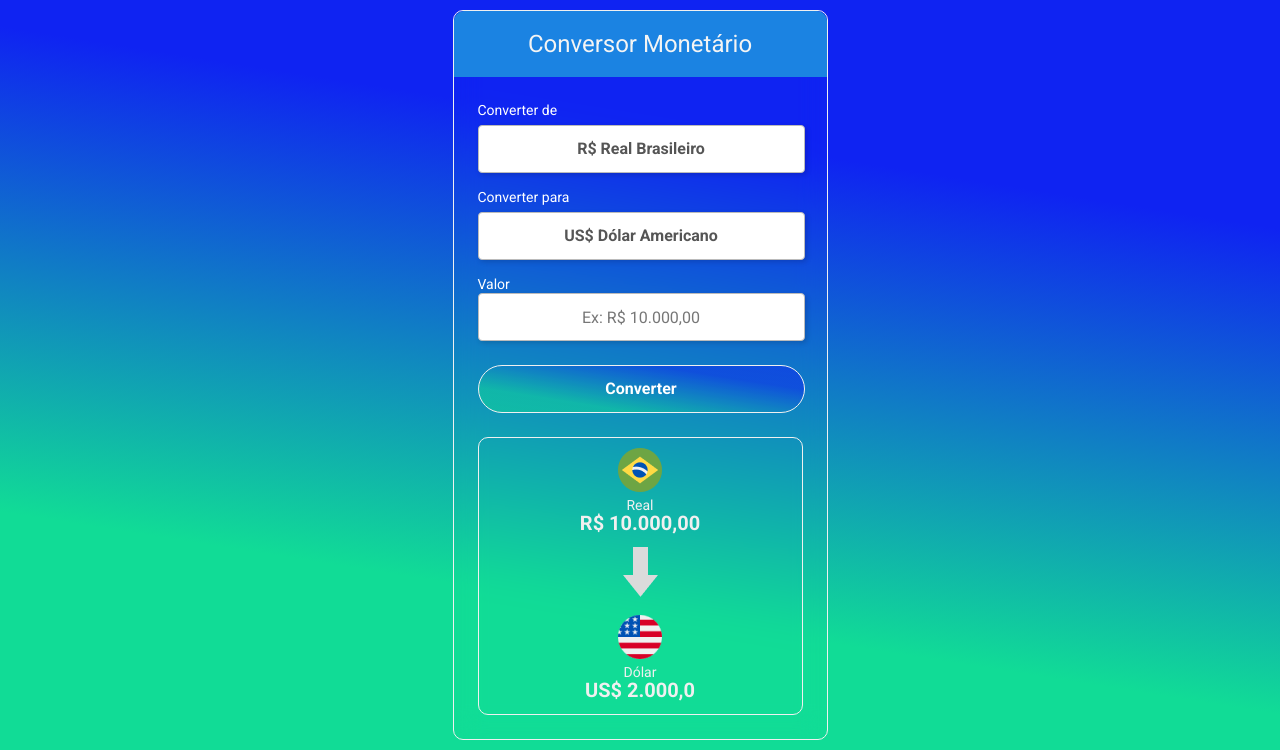
Repository: isayrous/coin-converter
Page: index.html
The author's editor kept a copy of each file at every save. The page is drawn from the files as they stood at one save, then again after the next save.
The browser window is 1280 px wide. The pictures show the whole page.

Above is the page before, as saved 2022-11-03 00:06:37.

### index.html
<!DOCTYPE html>
<html lang="pt-br">
<head>
    <meta charset="UTF-8">
    <meta http-equiv="X-UA-Compatible" content="IE=edge">
    <meta name="viewport" content="width=device-width, initial-scale=1.0">
    <link rel='stylesheet' href="./style.css">
    <link rel="preconnect" href="https://fonts.googleapis.com">
    <link rel="preconnect" href="https://fonts.gstatic.com" crossorigin>
    <link href="https://fonts.googleapis.com/css2?family=Roboto:wght@400;700&display=swap" rel="stylesheet">
    <title>Conversor Monetário</title>
</head>
<body>
    <div class="container">

        <header>
            <h1>Conversor Monetário</h1>
        </header>

        <main>
            <label>
                Converter <strong>de</strong>
                <select id="first-select">
                    <option>R$ Real Brasileiro</option>
                    <option>US$ Dólar Americano</option>
                    <option>Bitcoin</option>
                    <option>€ Euro</option>
                </select>
            </label>

            <label>
                Converter <strong>para</strong>
                <select id="seccond-select">
                    <option>US$ Dólar Americano</option>
                    <option>Bitcoin</option>
                    <option>€ Euro</option>
                    <option>R$ Real Brasileiro</option>
                </select>
            </label>

            <label>
                <b>Valor</b>
                <input id='values' type="number" placeholder="Ex: R$ 10.000,00">
            </label>

            <button id="button-converter" >Converter</button>

            <section>
                <div>
                    <img id="currency-img1" src="./assets/BRL.png">
                    <p id="first-currency">Real</p>
                    <p id="return-input1" class="value">R$ 10.000,00</p>
                </div>

                <img src="./assets/Vector.png"><br>

                <div>
                    <img id="currency-img2" src="./assets/USA.png">
                    <p id ="seccond-currency">Dólar</p>
                    <p id="return-input2" class="value">US$ 2.000,0</p>
                </div>

            </section>

        </main>

    </div>

</body>
<script src='./scripts.js'></script>
</html>

### style.css
* {
    padding: 0;
    margin: 0;
    box-sizing: border-box;
    font-family: 'Roboto', sans-serif;
    font-style: normal;
    font-weight: normal;
    line-height: 18px;
}

body{
    background: linear-gradient(189deg, rgba(15,35,242,1) 24%, rgba(17,220,150,1) 75%);
    width: 100%;
    height: 100%;
    display: flex;
    justify-content: center;
    padding: 10px;
}

.container {
    height: 100%;
    width: 375px;
    background: transparent;
    border: 1px solid #f0f0f0;
    backdrop-filter: blur(15px);
    border-radius: 10px;
}

header {
    background-color: #1b83e2;
    border-radius: 10px 10px 0 0;
    height: 66px;
    display: flex;
    justify-content: center;
    align-items: center;
}

h1 {
    font-size: 24px;
    color:#F4F4F4;
}

main {
    padding: 24px;
}

label{
    font-weight: 400;
    font-size: 14px;
    color: #fff;
    width: 375px;
}

select{
    width: 327px;
    height: 48px;
    background: #FFFFFF;
    border: 1px solid #BBBBBB;
    border-radius: 4px;
    font-weight: 700;
    font-size: 16px;
    color: #555555;
    text-align: center;
    display: block;
    cursor: pointer;
    outline: none;
    appearance: none;
    box-shadow: 2px 2px 5px 0px #00000026;
    margin-bottom: 15px;
    margin-top: 6px;
}

input{
    width: 327px;
    height: 48px;
    background: #FFFFFF;
    border: 1px solid #BBBBBB;
    border-radius: 4px;
    font-weight: 700;
    font-size: 16px;
    color: #555555;
    text-align: center;
    box-shadow: 2px 2px 5px 0px #00000026;
    outline: none;

}

input::-webkit-outer-spin-button,input::-webkit-inner-spin-button {
  -webkit-appearance: none;
  margin: 0;
}

button {
    background: linear-gradient(189deg, rgba(15,35,242,0.5) 24%, rgba(17,220,150,0.5) 75%);
    border: 1px solid #f0f0f0;
    border-radius: 25px;
    height: 48px;
    width: 327px;
    font-weight: 700;
    font-size: 1rem;
    color: #fff;
    margin: 24px 0px 24px;
    cursor: pointer;
}

button:hover {
    opacity: 0.8;
}

button:active {
    opacity: 0.7;
}

section{
    border: 1px solid #f0f0f0;
    border-radius: 10px;
    padding-top: 10px;
    display: flex;
    flex-direction: column;
    align-items: center;
    text-align: center;
}

p {
    font-weight: 400;
    font-size: 14px;
    color: #f0f0f0;
}

.value {
    color: #f0f0f0;
    font-weight: 700;
    font-size: 20px;
    margin-bottom: 15px;
}

input::placeholder{color: #777777;
    font-weight: 100;}


@media screen and (max-width: 900px){
    .container {
        height: 100%;
        width: 100%;
    }

    header {
        height: 50px;
    }

    h1 {
        font-size: 20px;
    }

    main {
        padding: 4%;
    }

    label{
        font-size: 0.8rem;
    }

    select{
        font-size: 1rem;
        color: #555555;
        margin-bottom: 10px;
    }

    input{
        font-size: 1rem;
    }

    button {
        font-size: 1rem;
    }

    p {
        font-weight: 700;
        font-size: 0.8rem;
        color: #777777;
    }

    .value {
        font-size: 1rem;
    }
}

### scripts.js
const convert = document.getElementById("button-converter")
const select2 = document.getElementById("seccond-select")
const select1 = document.getElementById("first-select")
/* REAL, DOLAR, BITCOIN , EURO */
const real = [5.16, 5.08]
const dolar = [0.19 , 0.98]
const euro = [0.20 , 1.02]
const bitcoin = [98137.74 , 19010.10 , 19269.79]


const convertvalue = () => {
    const input = document.getElementById("values").value
    const returninput1 = document.getElementById("return-input1")
    const returninput2 = document.getElementById("return-input2")
    /* RETURNS DO INPUT 1 */

    if (select1.value === 'R$ Real Brasileiro') {
        returninput1.innerHTML = new Intl.NumberFormat('pt-BR', {
            style: 'currency', currency: 'BRL'
        }).format(input)

        if (select2.value === 'US$ Dólar Americano') {
            returninput2.innerHTML = new Intl.NumberFormat('en-US', {
                style: 'currency', currency: 'USD'
            }).format(input * dolar[0])
        }
        else if (select2.value === '€ Euro') {
            returninput2.innerHTML = new Intl.NumberFormat('de-DE', {
                style: 'currency', currency: 'EUR'
            }).format(input * euro[0])
        }
        else if (select2.value === 'Bitcoin'){
            returninput2.innerHTML = (input / bitcoin[0]).toFixed(2)
        }
        else if (select2.value === 'R$ Real Brasileiro') {
            returninput2.innerHTML = new Intl.NumberFormat('pt-BR', {
                style: 'currency', currency: 'BRL'
            }).format(input)
        }
    }


    else if (select1.value === 'US$ Dólar Americano') {
        returninput1.innerHTML = new Intl.NumberFormat('en-US', {
            style: 'currency', currency: 'USD'
        }).format(input)

        if (select2.value === 'US$ Dólar Americano') {
            returninput2.innerHTML = new Intl.NumberFormat('en-US', {
                style: 'currency', currency: 'USD'
            }).format(input)
        }
        else if (select2.value === '€ Euro') {
            returninput2.innerHTML = new Intl.NumberFormat('de-DE', {
                style: 'currency', currency: 'EUR'
            }).format(input * euro[1])
        }
        else if (select2.value === 'Bitcoin'){
            returninput2.innerHTML = (input / bitcoin[1]).toFixed(2)
        }
        else if (select2.value === 'R$ Real Brasileiro') {
            returninput2.innerHTML = new Intl.NumberFormat('pt-BR', {
                style: 'currency', currency: 'BRL'
            }).format(input * real[0])
        }

    }

    else if (select1.value === '€ Euro') {
        returninput1.innerHTML = new Intl.NumberFormat('de-DE', {
            style: 'currency', currency: 'EUR'
        }).format(input)

        if (select2.value === 'US$ Dólar Americano') {
            returninput2.innerHTML = new Intl.NumberFormat('en-US', {
                style: 'currency', currency: 'USD'
            }).format(input * dolar[1])
        }
        else if (select2.value === '€ Euro') {
            returninput2.innerHTML = new Intl.NumberFormat('de-DE', {
                style: 'currency', currency: 'EUR'
            }).format(input)
        }
        else if (select2.value === 'Bitcoin'){
            returninput2.innerHTML = (input / bitcoin[1]).toFixed(2)
        }
        else if (select2.value === 'R$ Real Brasileiro') {
            returninput2.innerHTML = new Intl.NumberFormat('pt-BR', {
                style: 'currency', currency: 'BRL'
            }).format(input * real[1])
        }
    }

    else if (select1.value === 'Bitcoin') {
        returninput1.innerHTML = (input)

        if (select2.value === 'US$ Dólar Americano') {
            returninput2.innerHTML = new Intl.NumberFormat('en-US', {
                style: 'currency', currency: 'USD'
            }).format(input * bitcoin[1])
        }
        else if (select2.value === '€ Euro') {
            returninput2.innerHTML = new Intl.NumberFormat('de-DE', {
                style: 'currency', currency: 'EUR'
            }).format(input * bitcoin[2])
        }
        else if (select2.value === 'Bitcoin'){
            returninput2.innerHTML = (input)
        }
        else if (select2.value === 'R$ Real Brasileiro') {
            returninput2.innerHTML = new Intl.NumberFormat('pt-BR', {
                style: 'currency', currency: 'BRL'
            }).format(input * bitcoin[0])
        }


    }

}

const change2 = () => {
    const currencyName2 = document.getElementById("seccond-currency")
    const currencyImg2 = document.getElementById("currency-img2")

    if (select2.value === '€ Euro') {
        currencyName2.innerHTML = '€ Euro'
        currencyImg2.src = "./assets/EURO.png"
    } else if (select2.value === 'Bitcoin') {
        currencyName2.innerHTML = 'Bitcoin'
        currencyImg2.src = "./assets/BITCOIN.png"
    } else if (select2.value === 'US$ Dólar Americano') {
        currencyName2.innerHTML = 'Dólar'
        currencyImg2.src = "./assets/USA.png"
    } else if (select2.value === 'R$ Real Brasileiro') {
        currencyName2.innerHTML = 'Real'
        currencyImg2.src = "./assets/BRL.png"
    }

    convertvalue()
}

const change1 = () => {
    const currencyName1 = document.getElementById("first-currency")
    const currencyImg1 = document.getElementById("currency-img1")

    if (select1.value === '€ Euro') {
        currencyName1.innerHTML = '€ Euro'
        currencyImg1.src = "./assets/EURO.png"
    } else if (select1.value === 'Bitcoin') {
        currencyName1.innerHTML = 'Bitcoin'
        currencyImg1.src = "./assets/BITCOIN.png"
    } else if (select1.value === 'US$ Dólar Americano') {
        currencyName1.innerHTML = 'Dólar'
        currencyImg1.src = "./assets/USA.png"
    } else if (select1.value === 'R$ Real Brasileiro') {
        currencyName1.innerHTML = 'Real'
        currencyImg1.src = "./assets/BRL.png"
    }
    convertvalue()

}

convert.addEventListener('click', convertvalue)
select1.addEventListener('change', change1)
select2.addEventListener('change', change2)

After the next save:
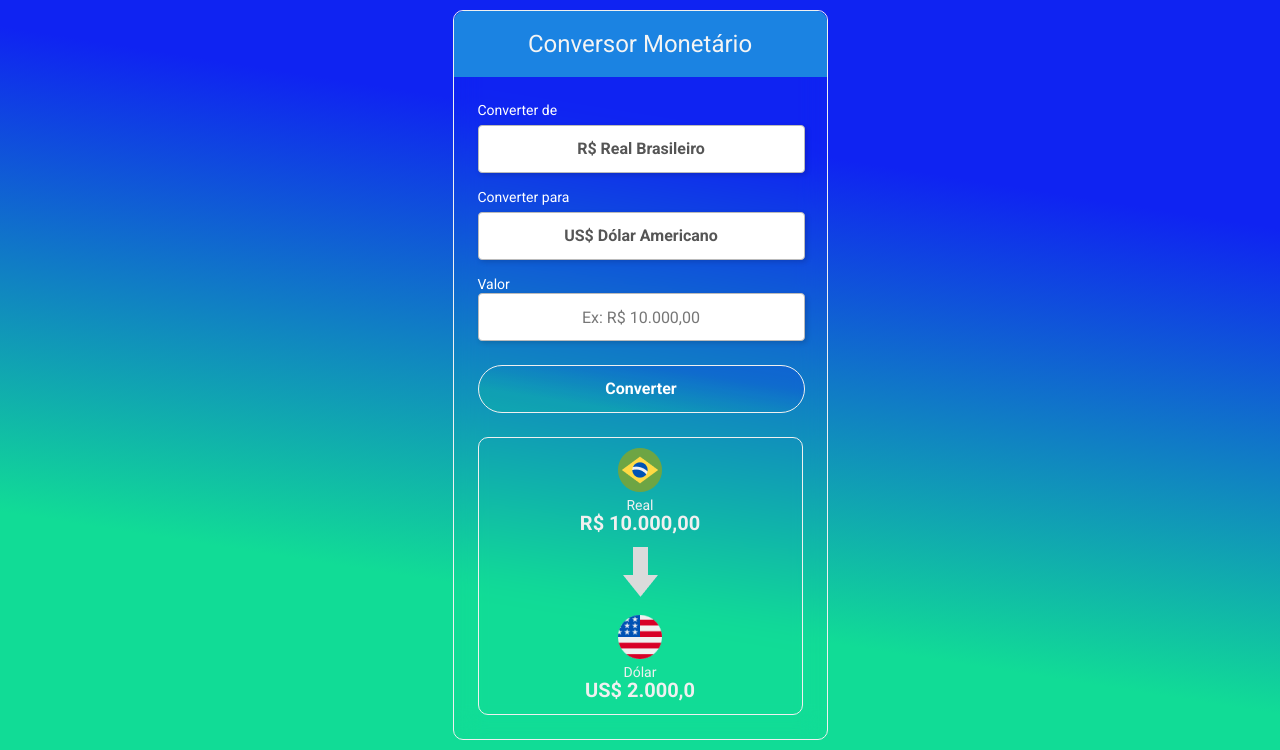
Saved 81 s later.
--- a/style.css
+++ b/style.css
@@ -91,7 +91,7 @@ input::-webkit-outer-spin-button,input::-webkit-inner-spin-button {
 }
 
 button {
-    background: linear-gradient(189deg, rgba(15,35,242,0.5) 24%, rgba(17,220,150,0.5) 75%);
+    background: linear-gradient(189deg, rgba(15,35,242,0.2) 24%, rgba(17,220,150,0.2) 75%);
     border: 1px solid #f0f0f0;
     border-radius: 25px;
     height: 48px;
